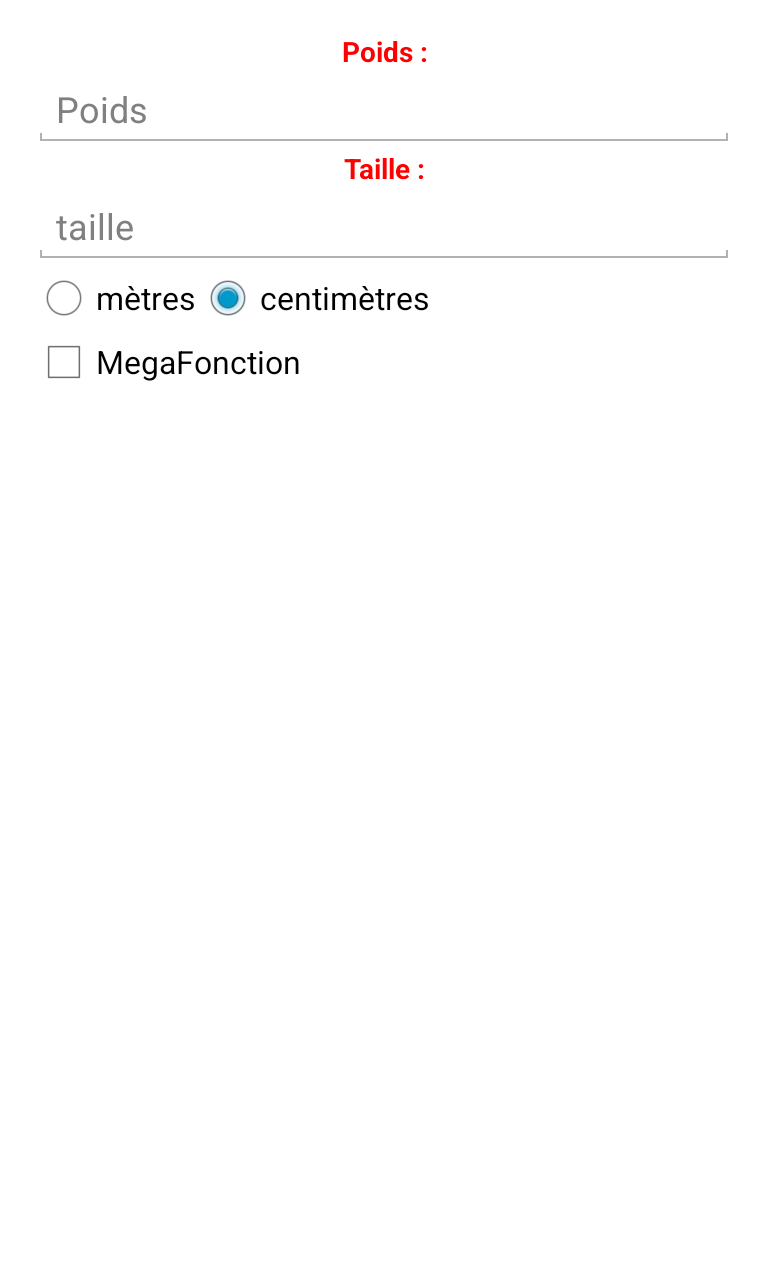
Repository: mikaelpopowicz/cours
Layout: graph/test/res/layout/activity_main.xml
The author's editor kept a copy of each file at every save. The layout is drawn from the files as they stood at one save, then again after the next save.
It is drawn on a 768 x 1280 px phone screen (xhdpi) without system bars, with theme AppTheme; the app's code is not run.

Above is the layout before, as saved 2014-02-26 22:48:17.

After the next save:
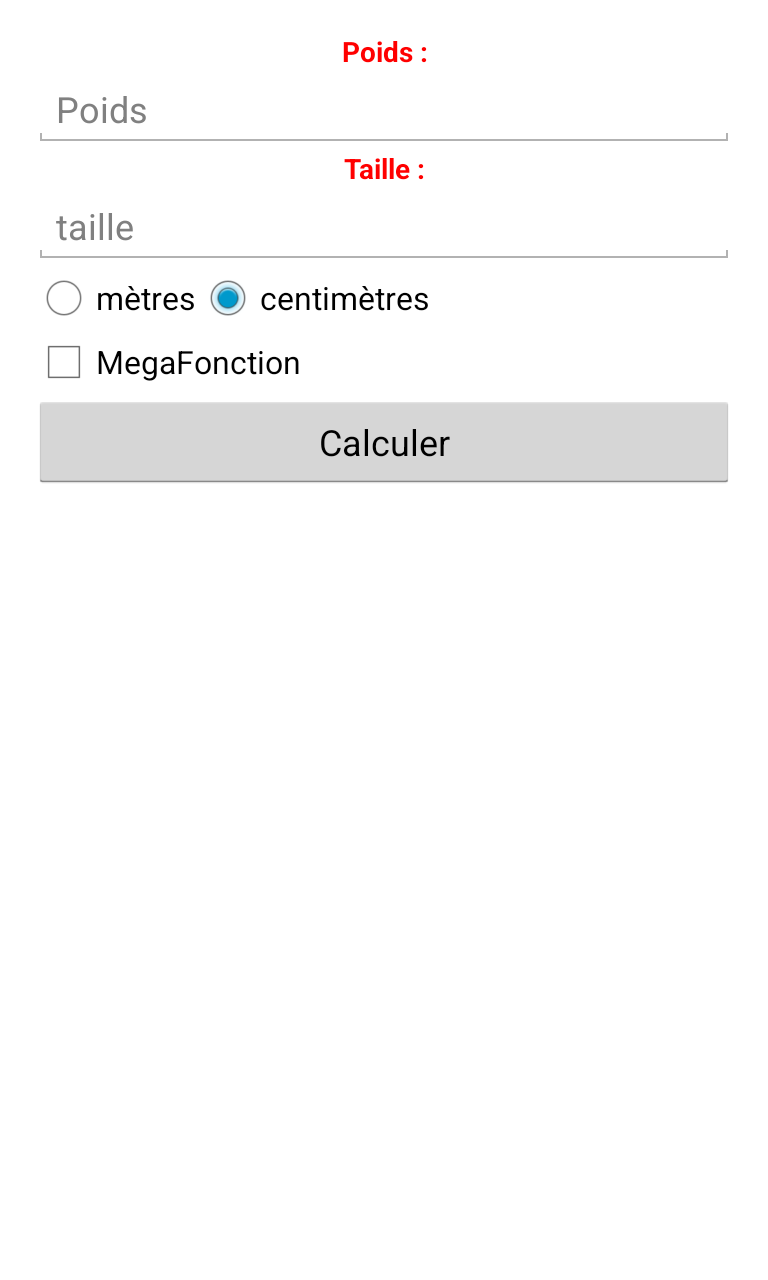
Saved 81 s later.
--- a/graph/test/res/layout/activity_main.xml
+++ b/graph/test/res/layout/activity_main.xml
@@ -59,4 +59,10 @@
   		android:layout_height="wrap_content"
   		android:text="MegaFonction"  />
 
+    <Button
+        android:id="@+id/calcul"
+        android:layout_width="fill_parent"
+        android:layout_height="wrap_content"
+        android:text="Calculer"/>
+
 </LinearLayout>
